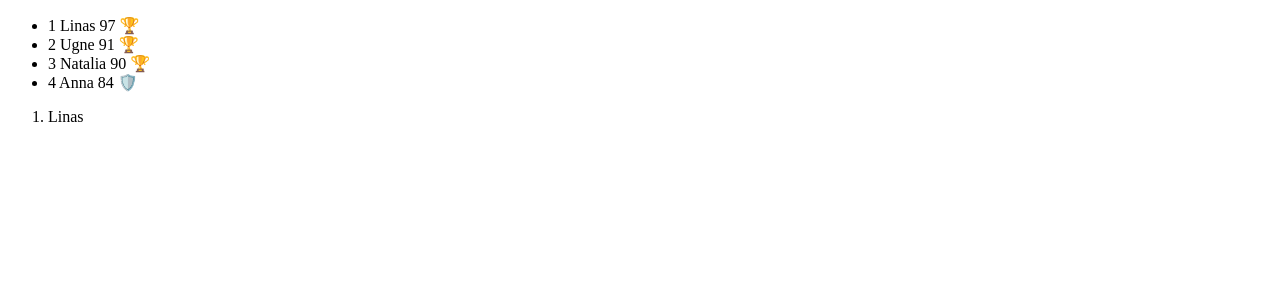
Repository: linas-dev/HTML-CSS-Projects
Page: Basic_HTML_and_CSS/HTML_Lists.html
These files come from the project's save history. The page is drawn as it stood at one moment and after the next save; the edit follows.
The browser window is 1280 px wide. The pictures show the whole page.

Above is the page before, as saved 2021-05-30 10:03:33.

After the next save:
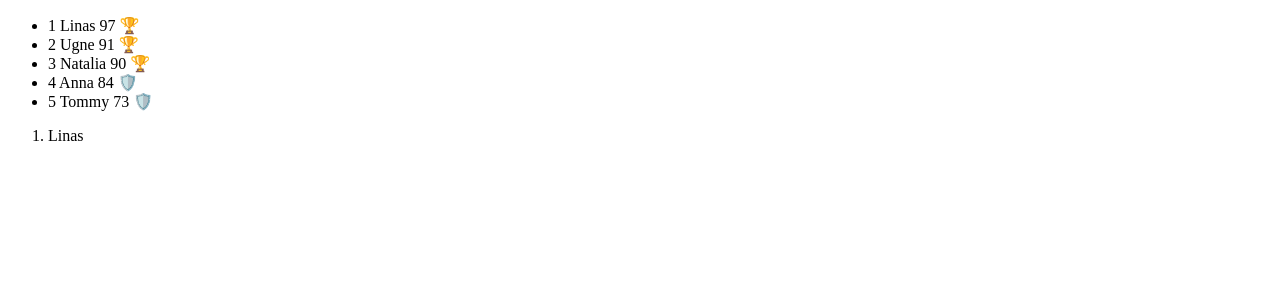
Saved 17 s later.
--- a/Basic_HTML_and_CSS/HTML_Lists.html
+++ b/Basic_HTML_and_CSS/HTML_Lists.html
@@ -20,6 +20,9 @@
         <li>
             4 Anna 84 🛡️
         </li>
+        <li>
+            5 Tommy 73 🛡️
+        </li>
     </ul>
     <ol>
         <li>Linas</li>
